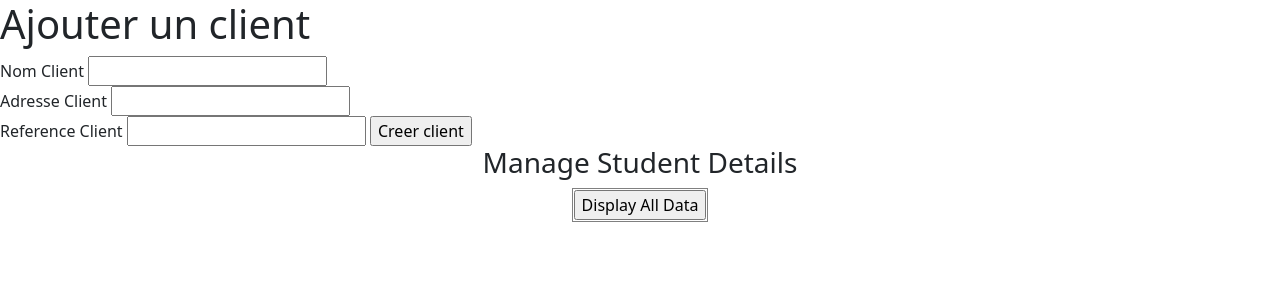
Repository: Elie-Dey/airblio
Page: test.html
The author's editor kept a copy of each file at every save. The page is drawn from the files as they stood at one save, then again after the next save.
The browser window is 1280 px wide. The pictures show the whole page.

Above is the page before, as saved 2022-03-27 03:23:31.

After the next save:
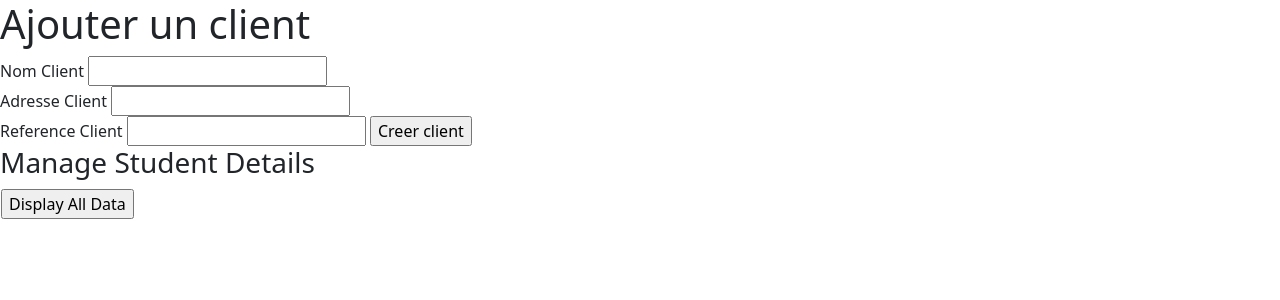
Saved 29 s later.
--- a/test.html
+++ b/test.html
@@ -26,8 +26,8 @@
       <input type="submit" value="Creer client" />
     </form>
 
-    <h3 align="center">Manage Student Details</h3>
-    <table border="1" align="center">
+    <h3>Manage Student Details</h3>
+    <table>
       <tr>
         <td><input type="button" id="display" value="Display All Data" /></td>
       </tr>
